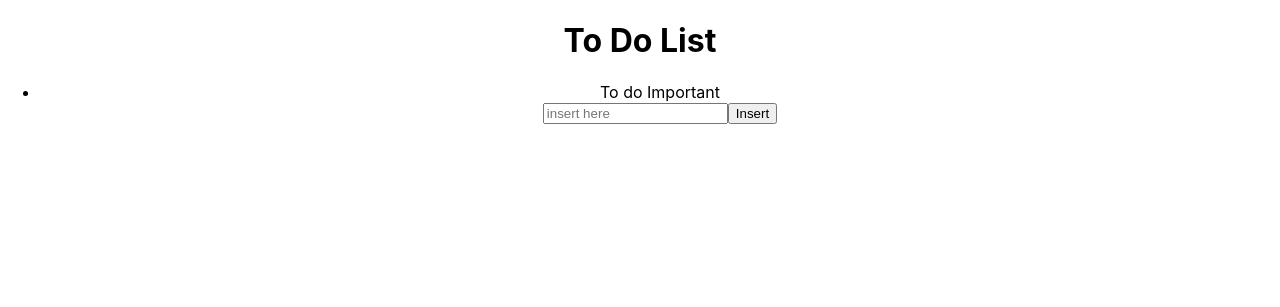
Repository: runner855/Todolist
Page: /
An editor plug-in stored every save of this project. The page is shown before and after a run of saves, followed by the edit.
The browser window is 1280 px wide. The pictures show the whole page.
The project was rebuilt for these pictures with package versions that can differ from the ones it lists, and the page was loaded fresh each time.

Above is the page before, as saved 2021-03-29 15:51:33.

### src/App.js
import React, { useState, useEffect } from "react";
import "./App.css";

function App({ saveTodo }) {
  const [onClick, setOnClick] = useState(0);
  const [value, setValue] = useState("");

  useEffect(() => {
    setOnClick();
  }, []);

  return (
    <div className="App">
      <h1>To Do List</h1>
      <ul>
        <li>
          To do Important
          <br></br>
          <input
            type="text"
            label="todo"
            placeholder="insert here"
            name="first task"
            onChange={(event) => {
              setValue(event.target.value);
            }}
            value={value}
          ></input>
          <button
            onSubmit={(event) => {
              event.preventDefault();
              saveTodo(value);
            }}
          >
            {" "}
            Insert
          </button>
        </li>
      </ul>
    </div>
  );
}

export default App;

Loaded but not shown: public/index.html (common file); src/index.js (common file); src/index.css (common file); src/App.css (common file)

After the next 3 saves:
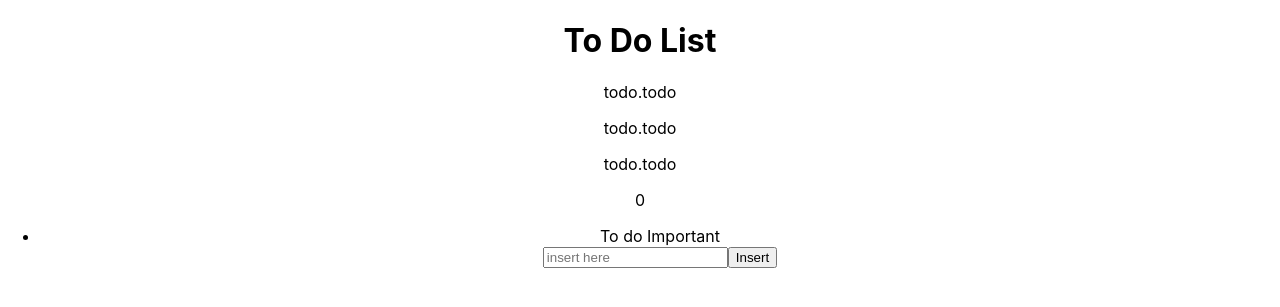
The 3 saves are shown as one change because 2 did not build or start.
The last was saved 19 min 25 s later.
--- a/src/App.js
+++ b/src/App.js
@@ -2,30 +2,47 @@ import React, { useState, useEffect } from "react";
 import "./App.css";
 
 function App({ saveTodo }) {
-  const [onClick, setOnClick] = useState(0);
-  const [value, setValue] = useState("");
-
-  useEffect(() => {
-    setOnClick();
-  }, []);
+  const [currentTodo, setCurrentTodo] = useState("");
+  const [todos, setTodos] = useState([
+    {
+      todo: "go for a walk",
+      isfinished: true,
+    },
+    {
+      todo: "cook",
+      isfinished: false,
+    },
+    {
+      todo: "wash the dishes",
+      isfinished: false,
+    },
+  ]);
 
   return (
     <div className="App">
       <h1>To Do List</h1>
+      {todos.map((todo, index) => (
+        <p>todo.todo</p>
+      ))}
+      {(todos.length > 0) & `${todos.length} items`}
       <ul>
         <li>
           To do Important
           <br></br>
           <input
+            className="todo"
+            value={currentTodo}
             type="text"
             label="todo"
             placeholder="insert here"
             name="first task"
-            onChange={(event) => {
-              setValue(event.target.value);
+            onChange={(e) => {
+              if (e.key === "Enter") {
+                createNewTodo(currentTodo);
+                setCurrentTodo("");
+              }
             }}
-            value={value}
-          ></input>
+          />
           <button
             onSubmit={(event) => {
               event.preventDefault();
